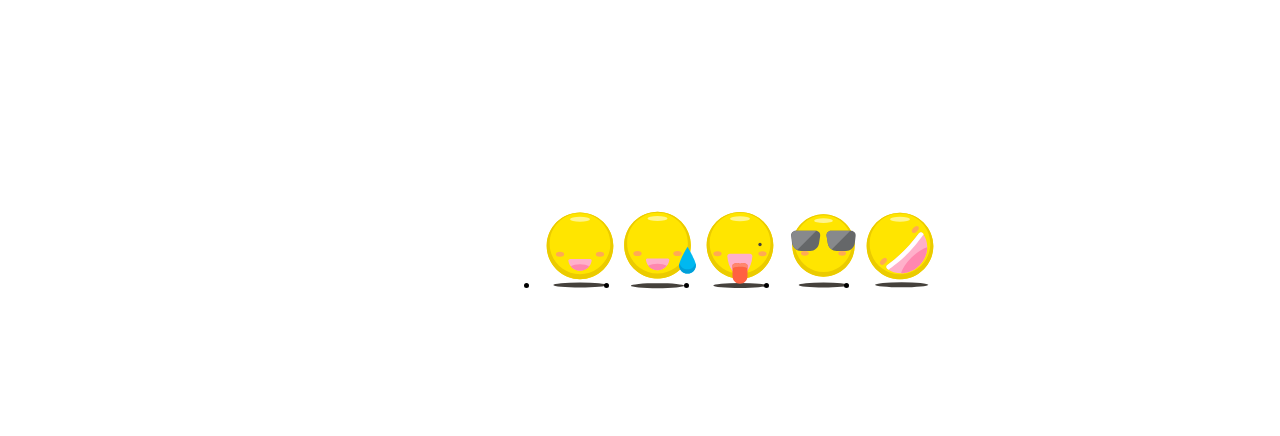
Repository: gyypwrs/css-practice
Page: emoji-jump/index.html
An editor plug-in stored every save of this project. The page is shown before and after the next save, followed by the edit.
The browser window is 1280 px wide. The pictures show the whole page.

Above is the page before, as saved 2022-05-07 11:28:19.

### emoji-jump/index.html
<!--
 * @Descripttion:
 * @version:
 * @Author: Hongyu
 * @Date: 2022-05-07 10:57:13
 * @LastEditors: Hongyu
 * @LastEditTime: 2022-05-07 11:27:52
-->
<!DOCTYPE html>
<html>
  <head>
    <title></title>
    <style type="text/css">
      html,body{
        height: 100%
      }
      body {
        margin: 0;
        padding: 0;
        overflow: hidden;
        display: flex;
      }
      .root {
        margin: auto;
        display: flex;
        justify-content: space-around;
      }
      .emoji-list {
        display: flex;
        height: 300px;
        width: 200px;
        margin-right:40px ;
        border-radius: 5px;
      }

  </style>
  </head>
  <body>
    <div class="root">
      <ul class="emoji-list">
        <li><img height="80" src="./EMOJI-04.svg"></li>
        <li><img height="80" src="./EMOJI-05.svg"></li>
        <li><img height="80" src="./EMOJI-43.svg"></li>
        <li><img height="80" src="./EMOJI-25.svg"></li>
        <li><img height="80" src="./EMOJI-90.svg"></li>
      </ul>
    </div>
  </body>
</html>

After the next save:
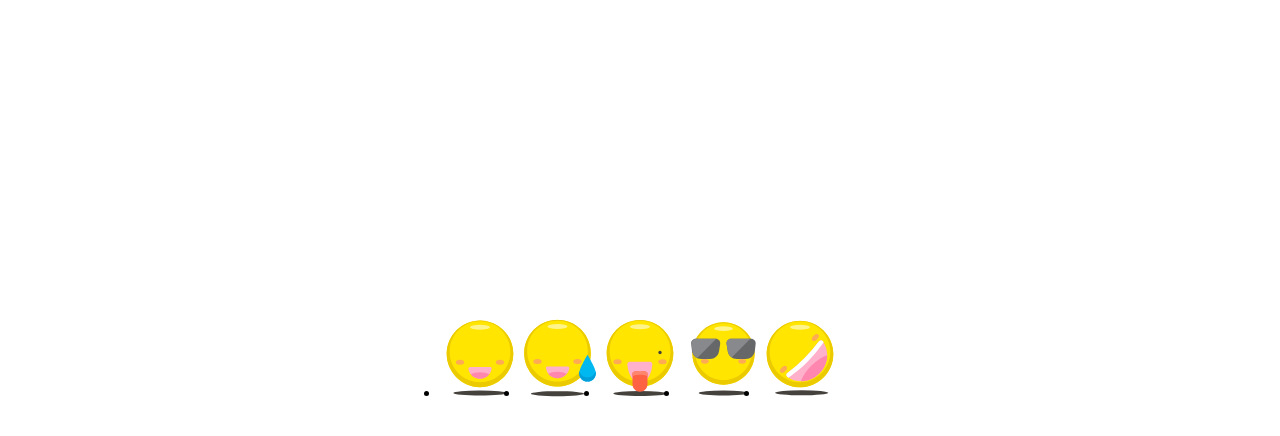
Saved 58 s later.
--- a/emoji-jump/index.html
+++ b/emoji-jump/index.html
@@ -4,7 +4,7 @@
  * @Author: Hongyu
  * @Date: 2022-05-07 10:57:13
  * @LastEditors: Hongyu
- * @LastEditTime: 2022-05-07 11:27:52
+ * @LastEditTime: 2022-05-07 11:29:17
 -->
 <!DOCTYPE html>
 <html>
@@ -22,13 +22,9 @@
       }
       .root {
         margin: auto;
-        display: flex;
-        justify-content: space-around;
       }
       .emoji-list {
         display: flex;
-        height: 300px;
-        width: 200px;
         margin-right:40px ;
         border-radius: 5px;
       }
